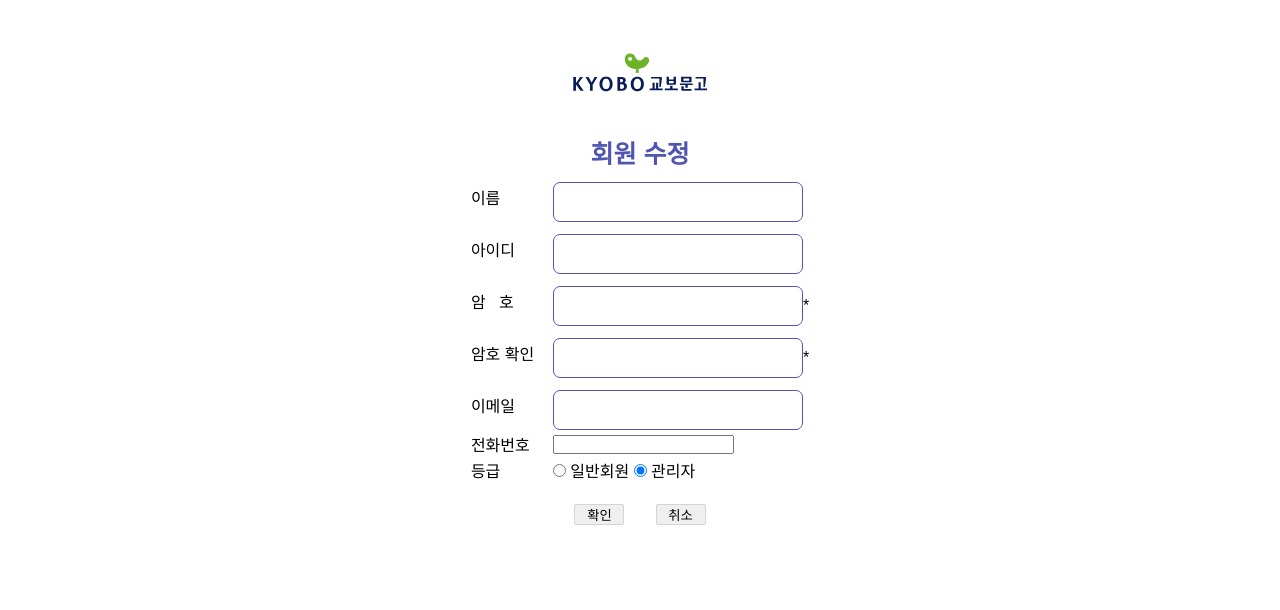
Repository: Yundanbi/Kyobo
Page: http://localhost/kyobo/memberUpdate.do
An editor plug-in stored every save of this project. The page is shown before and after the next save, followed by the edit.
The browser window is 1280 px wide. The pictures show the whole page.
The page is served by Tomcat 9. Queries for data that is not in the repository find no rows.

Above is the page before, as saved 2025-06-16 06:18:58.

After the next save:
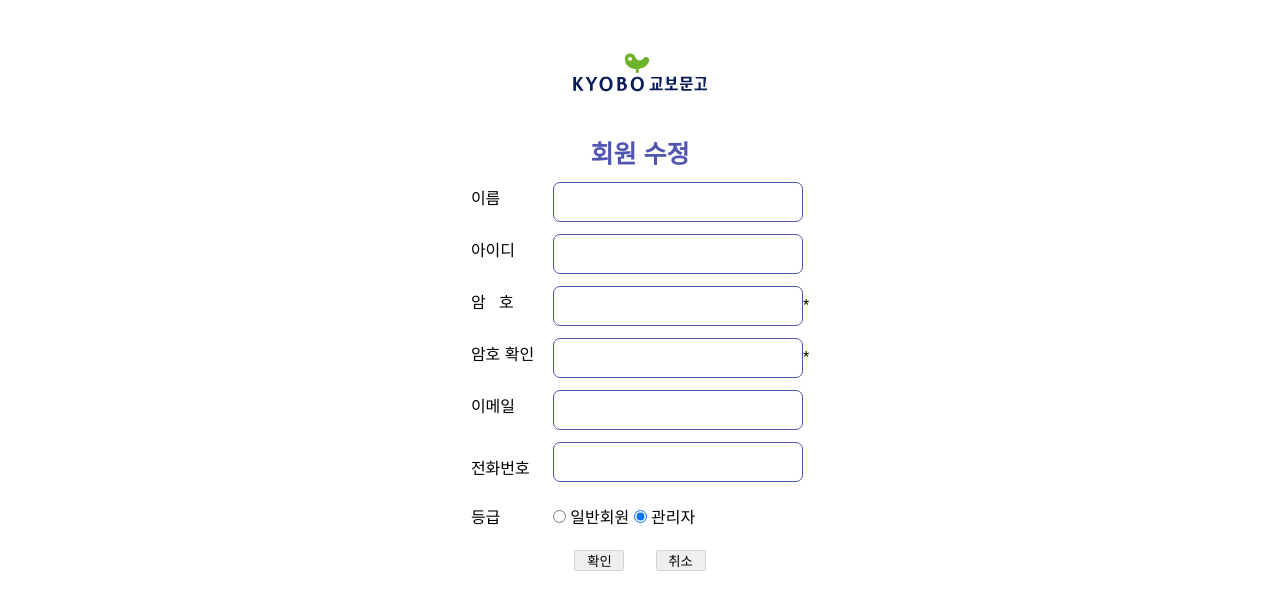
Saved 10 s later.
--- a/kyobo/src/main/webapp/member/memberUpdate.jsp
+++ b/kyobo/src/main/webapp/member/memberUpdate.jsp
@@ -50,7 +50,7 @@
         font-weight: bold;
         padding-left: 10px;
       }
-      .inputbox2 {
+      .inputbox1 {
       	width: 250px;
         height: 40px;
         background-color: white;
